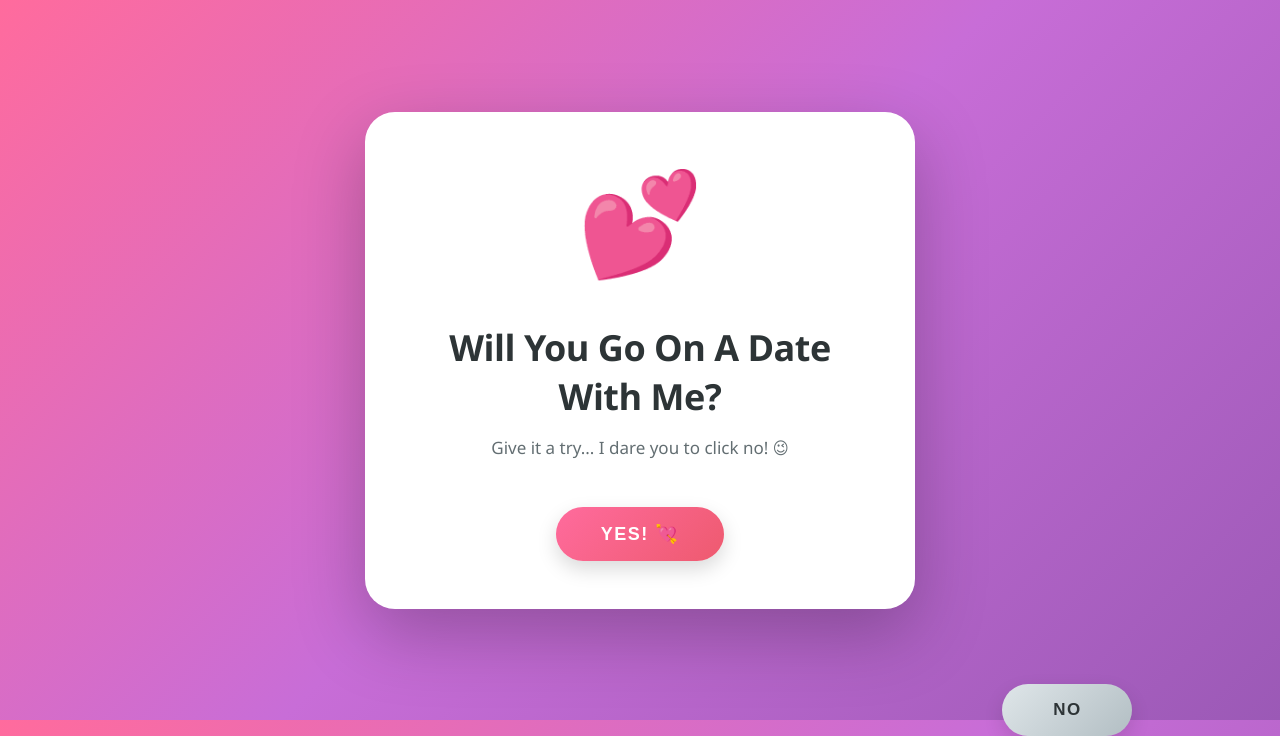
Repository: Cryuis/date-me-website
Page: index.html
An editor plug-in stored every save of this project. The page is shown before and after the next save, followed by the edit.
The browser window is 1280 px wide. The pictures show the whole page.
After loading, the first visible `#noBtn` was clicked once.

Above is the page before, as saved 2026-05-29 16:55:02.

After the next save:
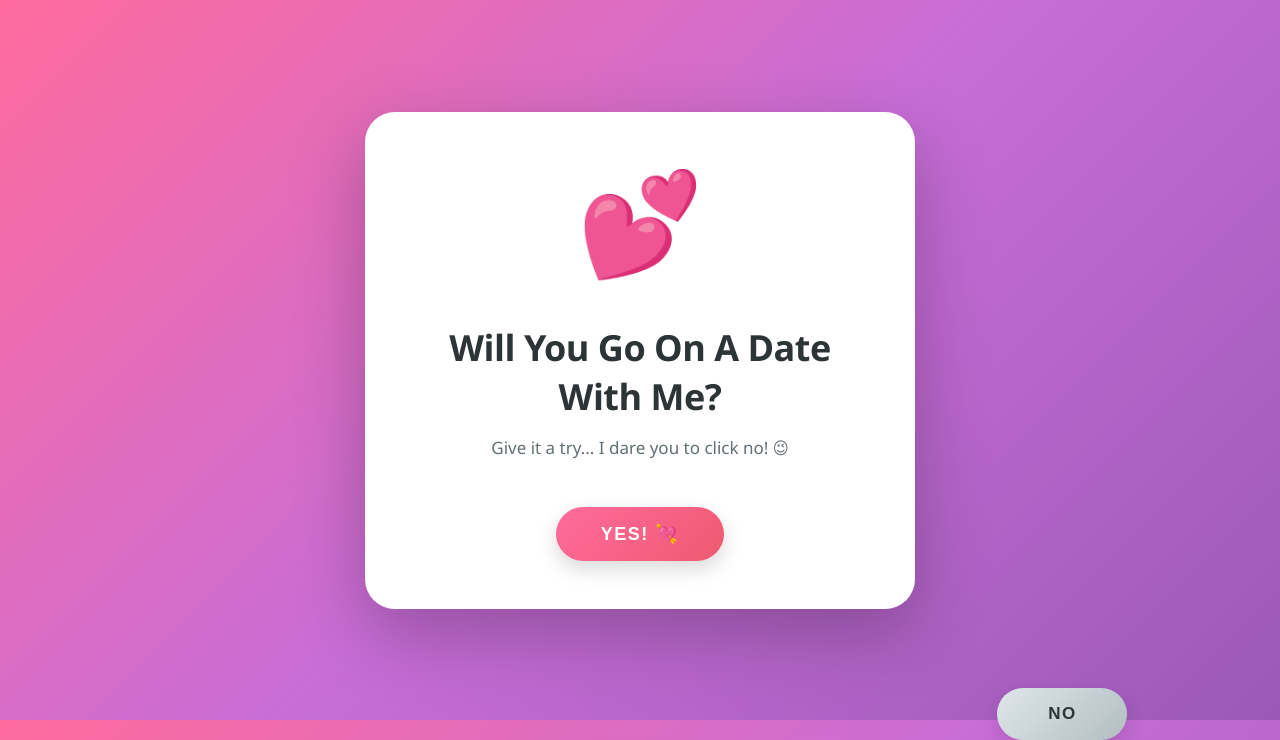
Saved 55 s later.
--- a/index.html
+++ b/index.html
@@ -376,6 +376,11 @@
         // Generate random position with more dynamic movement
         const isMobile = window.innerWidth <= 768;
 
+        // Get button dimensions
+        const btnRect = noBtn.getBoundingClientRect();
+        const btnWidth = btnRect.width || 130;
+        const btnHeight = btnRect.height || 50;
+
         // Move button away from cursor
         const containerRect = noBtn.parentElement.getBoundingClientRect();
         const containerCenterX = containerRect.left + containerRect.width / 2;
@@ -385,14 +390,15 @@
         const offsetX = (Math.random() - 0.5) * (isMobile ? 250 : 350);
         const offsetY = (Math.random() - 0.5) * (isMobile ? 250 : 350);
 
-        // Clamp to screen bounds
+        // Clamp to screen bounds - keep button fully visible
+        const padding = 10;
         const newLeft = Math.max(
-          10,
-          Math.min(containerCenterX + offsetX - 60, window.innerWidth - 140),
+          padding,
+          Math.min(containerCenterX + offsetX - btnWidth / 2, window.innerWidth - btnWidth - padding),
         );
         const newTop = Math.max(
-          60,
-          Math.min(containerCenterY + offsetY - 30, window.innerHeight - 100),
+          padding,
+          Math.min(containerCenterY + offsetY - btnHeight / 2, window.innerHeight - btnHeight - padding),
         );
 
         noBtn.style.position = "fixed";
